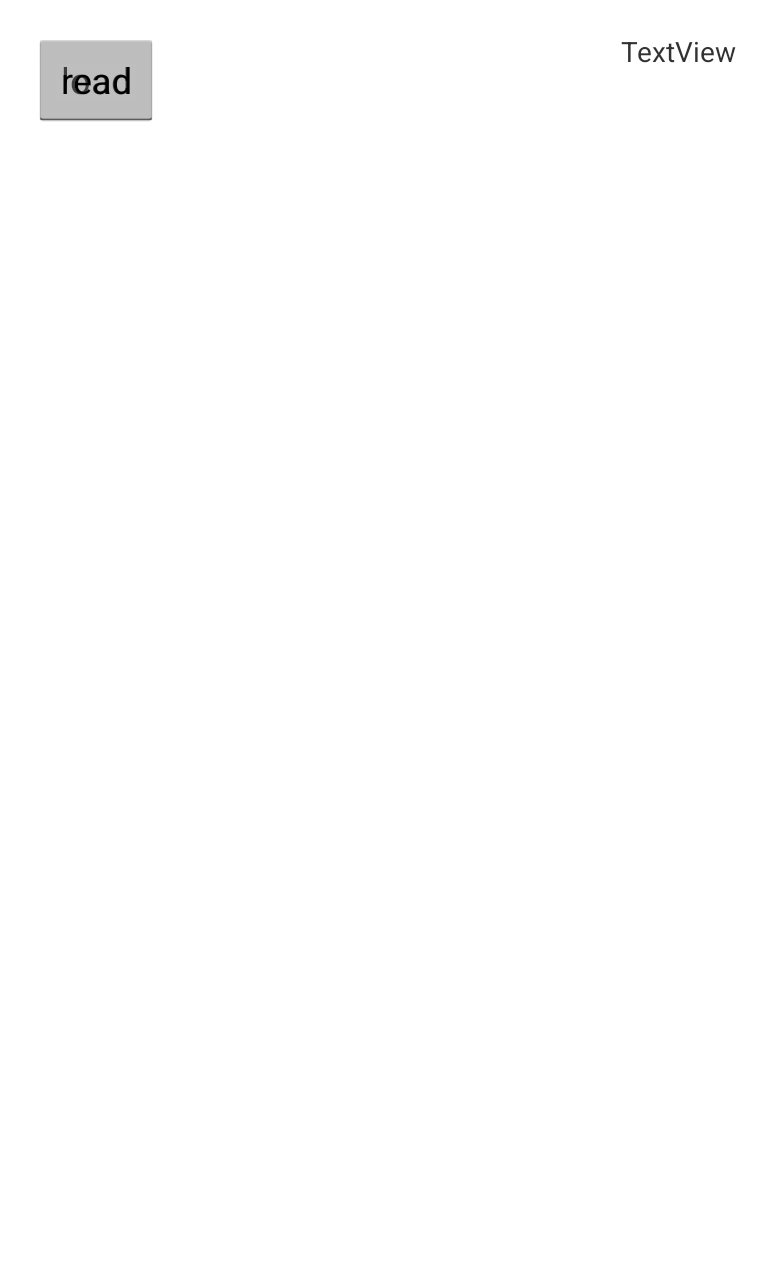
Repository: DongHuaLu/android
Layout: 35LoadImage/res/layout/activity_main.xml
An editor plug-in stored every save of this project. The layout is shown before and after a run of saves, followed by the edit.
It is drawn on a 768 x 1280 px phone screen (xhdpi) without system bars, with theme AppTheme; the app's code is not run.

Above is the layout before, as saved 2013-09-02 07:18:40.

### 35LoadImage/res/layout/activity_main.xml
<LinearLayout xmlns:android="http://schemas.android.com/apk/res/android"
    xmlns:tools="http://schemas.android.com/tools"
    android:layout_width="match_parent"
    android:layout_height="match_parent"
    android:orientation="vertical"
    android:paddingBottom="@dimen/activity_vertical_margin"
    android:paddingLeft="@dimen/activity_horizontal_margin"
    android:paddingRight="@dimen/activity_horizontal_margin"
    android:paddingTop="@dimen/activity_vertical_margin"
    tools:context=".MainActivity" >

    <RelativeLayout
        android:layout_width="match_parent"
        android:layout_height="wrap_content" >

        <Button
            android:id="@+id/button1"
            android:layout_width="wrap_content"
            android:layout_height="wrap_content"
            android:onClick="load"
            android:text="load" />

        <Button
            android:id="@+id/button2"
            android:layout_width="wrap_content"
            android:layout_height="wrap_content"
            android:onClick="read"
            android:text="read" />

        <TextView
            android:id="@+id/tv"
            android:layout_width="wrap_content"
            android:layout_height="wrap_content"
            android:layout_alignParentRight="true"
            android:layout_alignParentTop="true"
            android:text="TextView" />
    </RelativeLayout>

    <ImageView
        android:id="@+id/iv"
        android:layout_width="fill_parent"
        android:layout_height="fill_parent" />

</LinearLayout>

Loaded but not shown: 35LoadImage/res/values/styles.xml (common file); 35LoadImage/res/values-v11/styles.xml (common file); 35LoadImage/res/values-v14/styles.xml (common file); 35LoadImage/res/values/dimens.xml (common file)

After the next 2 saves:
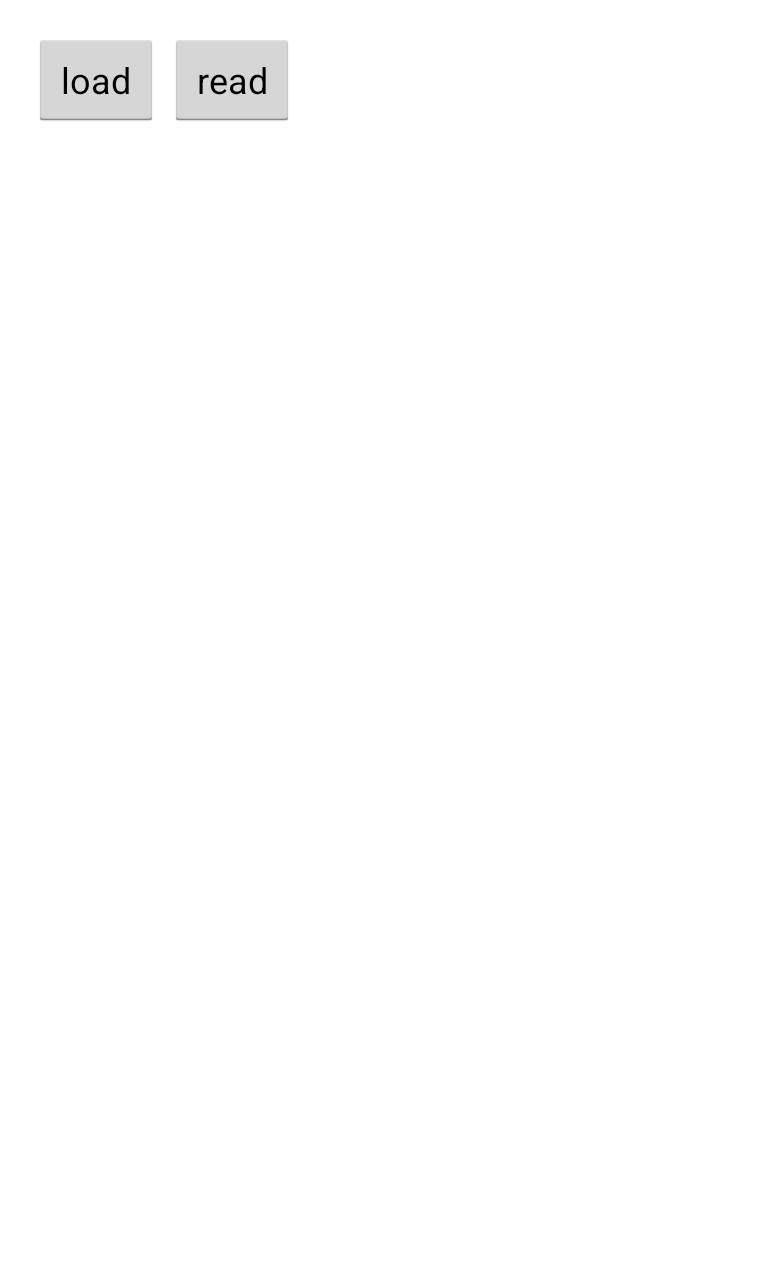
The 2 saves are shown as one change because they came seconds apart.
The last was saved 47 s later.
--- a/35LoadImage/res/layout/activity_main.xml
+++ b/35LoadImage/res/layout/activity_main.xml
@@ -20,20 +20,28 @@
             android:onClick="load"
             android:text="load" />
 
+        <ScrollView>
+
+            <TextView
+                android:id="@+id/tv"
+                android:layout_width="wrap_content"
+                android:layout_height="wrap_content"
+                android:layout_alignBottom="@+id/button2"
+                android:layout_alignParentRight="true"
+                android:layout_alignParentTop="true"
+                android:layout_toRightOf="@+id/button2"
+                android:text="TextView" />
+        </ScrollView>
+
         <Button
             android:id="@+id/button2"
             android:layout_width="wrap_content"
             android:layout_height="wrap_content"
+            android:layout_alignParentLeft="true"
+            android:layout_alignParentTop="true"
+            android:layout_marginLeft="68dp"
             android:onClick="read"
             android:text="read" />
-
-        <TextView
-            android:id="@+id/tv"
-            android:layout_width="wrap_content"
-            android:layout_height="wrap_content"
-            android:layout_alignParentRight="true"
-            android:layout_alignParentTop="true"
-            android:text="TextView" />
     </RelativeLayout>
 
     <ImageView
